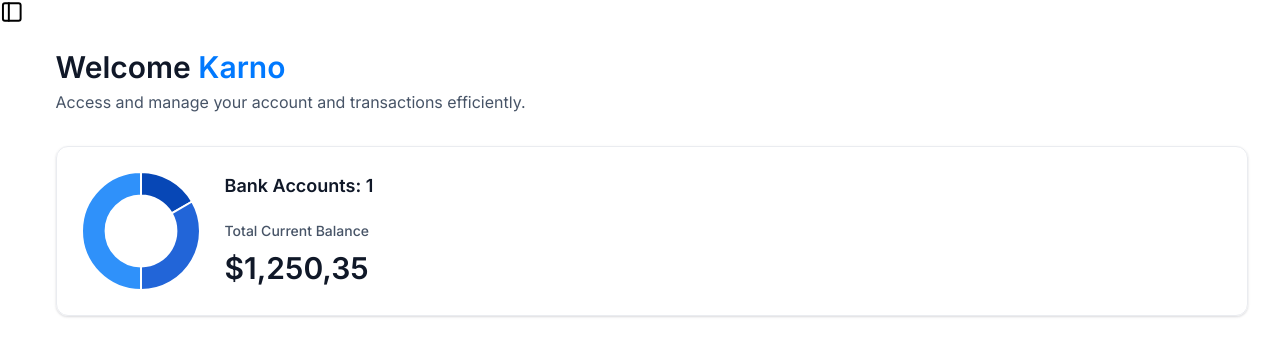
Repository: KarnoSarker/Banking
Page: /
An editor plug-in stored every save of this project. The page is shown before and after the next save, followed by the edit.
The browser window is 1280 px wide. The pictures show the whole page.
The project was rebuilt for these pictures with package versions that can differ from the ones it lists, and the page was loaded fresh each time. The framework's server and built-in components were replaced by stand-ins that run in the browser. Also part of the build but not shown: next.config.mjs.

Above is the page before, as saved 2024-05-14 20:17:01.

After the next save:
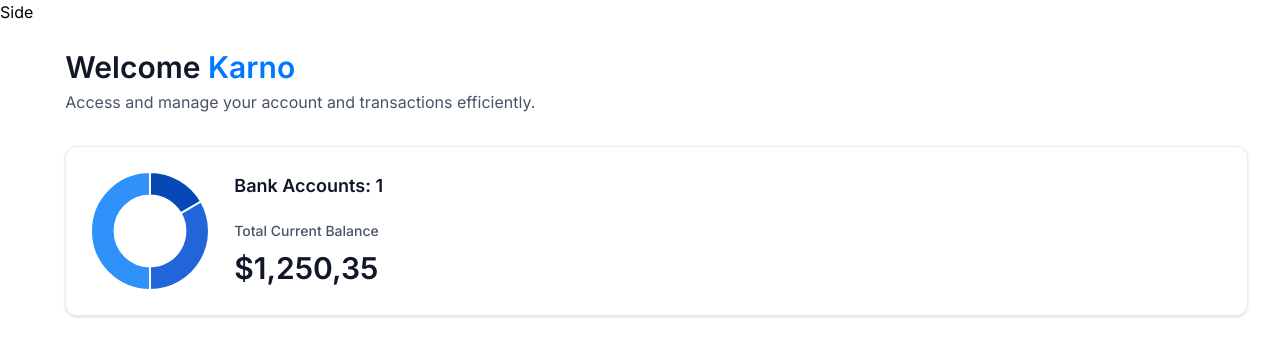
Saved 15 s later.
--- a/app/(root)/layout.tsx
+++ b/app/(root)/layout.tsx
@@ -8,7 +8,8 @@ export default function RootLayout({
   const loggedIn = { firstName: 'Karno', lastName: 'Sarker' };
   return (
     <main className='flex h-screen w-full font-inter'>
-      <Sidebar user={loggedIn} />
+      {/* <Sidebar user={loggedIn} /> */}
+      Side
       {children}
     </main>
   );
